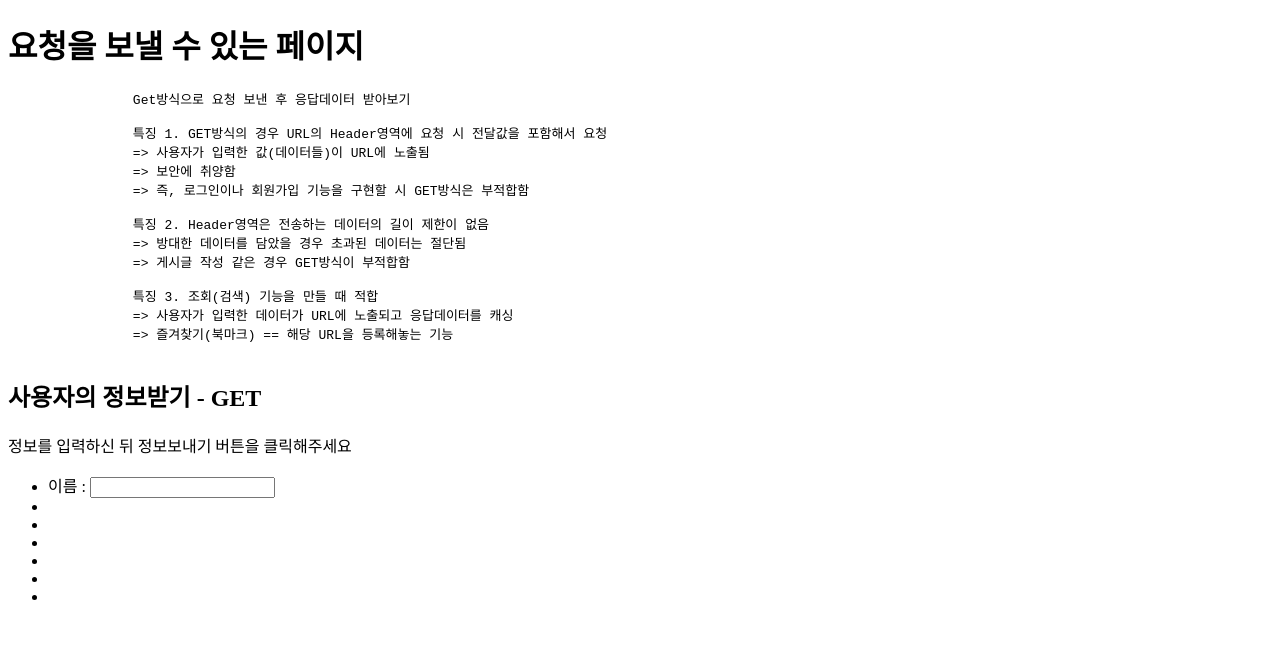
Repository: Simyoungdo04/dynamic-workspace
Page: FirstProject/src/main/webapp/views/request_get.html
The author's editor kept a copy of each file at every save. The page is drawn from the files as they stood at one save, then again after the next save.
The browser window is 1280 px wide. The pictures show the whole page.

Above is the page before, as saved 2026-05-04 05:05:51.

### FirstProject/src/main/webapp/views/request_get.html
<!DOCTYPE html>
<html>
<head>
<meta charset="UTF-8">
<title>요청 페이지</title>
</head>
<body>

	<h1>요청을 보낼 수 있는 페이지</h1>

	<pre>
		Get방식으로 요청 보낸 후 응답데이터 받아보기

		특징 1. GET방식의 경우 URL의 Header영역에 요청 시 전달값을 포함해서 요청
		=> 사용자가 입력한 값(데이터들)이 URL에 노출됨
		=> 보안에 취양함
		=> 즉, 로그인이나 회원가입 기능을 구현할 시 GET방식은 부적합함

		특징 2. Header영역은 전송하는 데이터의 길이 제한이 없음
		=> 방대한 데이터를 담았을 경우 초과된 데이터는 절단됨
		=> 게시글 작성 같은 경우 GET방식이 부적합함

		특징 3. 조회(검색) 기능을 만들 때 적합
		=> 사용자가 입력한 데이터가 URL에 노출되고 응답데이터를 캐싱
		=> 즐겨찾기(북마크) == 해당 URL을 등록해놓는 기능
	</pre>

	<h2> 사용자의 정보받기 - GET </h2>
	<p>정보를 입력하신 뒤 정보보내기 버튼을 클릭해주세요</p>

	<form method="get">
		<ul>
			<li>
				이름 : <input type="text" name="name" />
			</li>
			<li>

			</li>
			<li>

			</li>
			<li>

			</li>
			<li>

			</li>
			<li>

			</li>
			<li>

			</li>
		</ul>
	</form>





















</body>
</html>

After the next save:
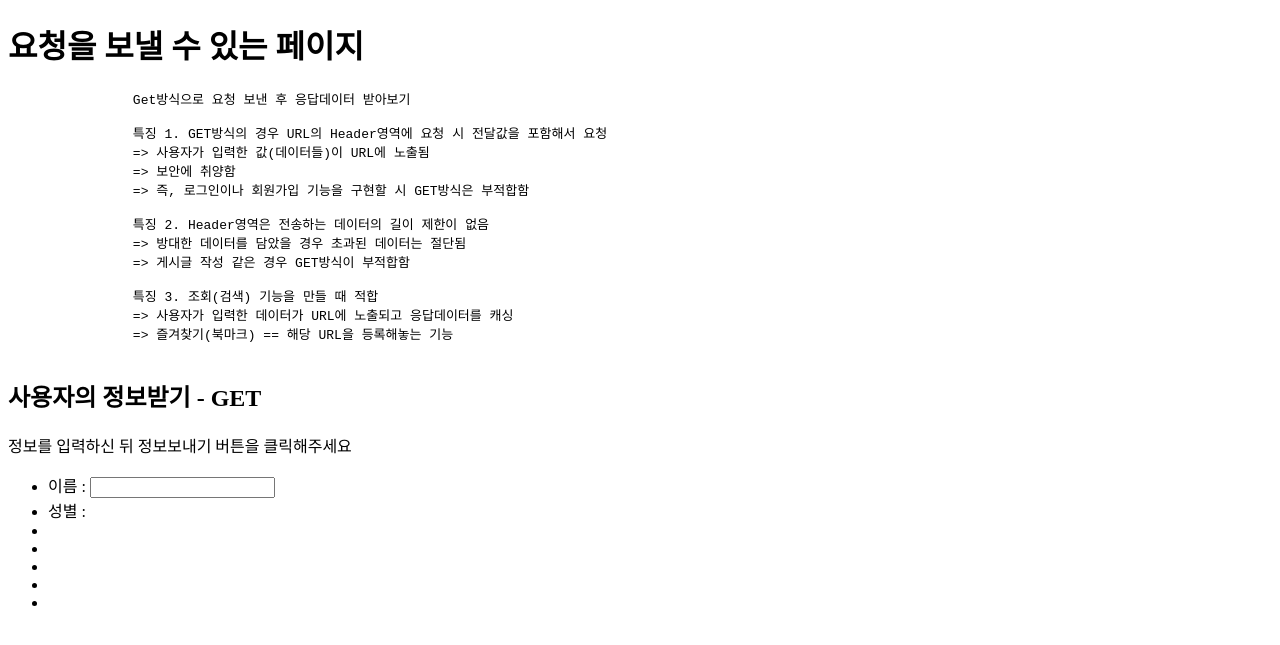
Saved 6 s later.
--- a/FirstProject/src/main/webapp/views/request_get.html
+++ b/FirstProject/src/main/webapp/views/request_get.html
@@ -34,7 +34,7 @@
 				이름 : <input type="text" name="name" />
 			</li>
 			<li>
-
+				성별 :
 			</li>
 			<li>
 
